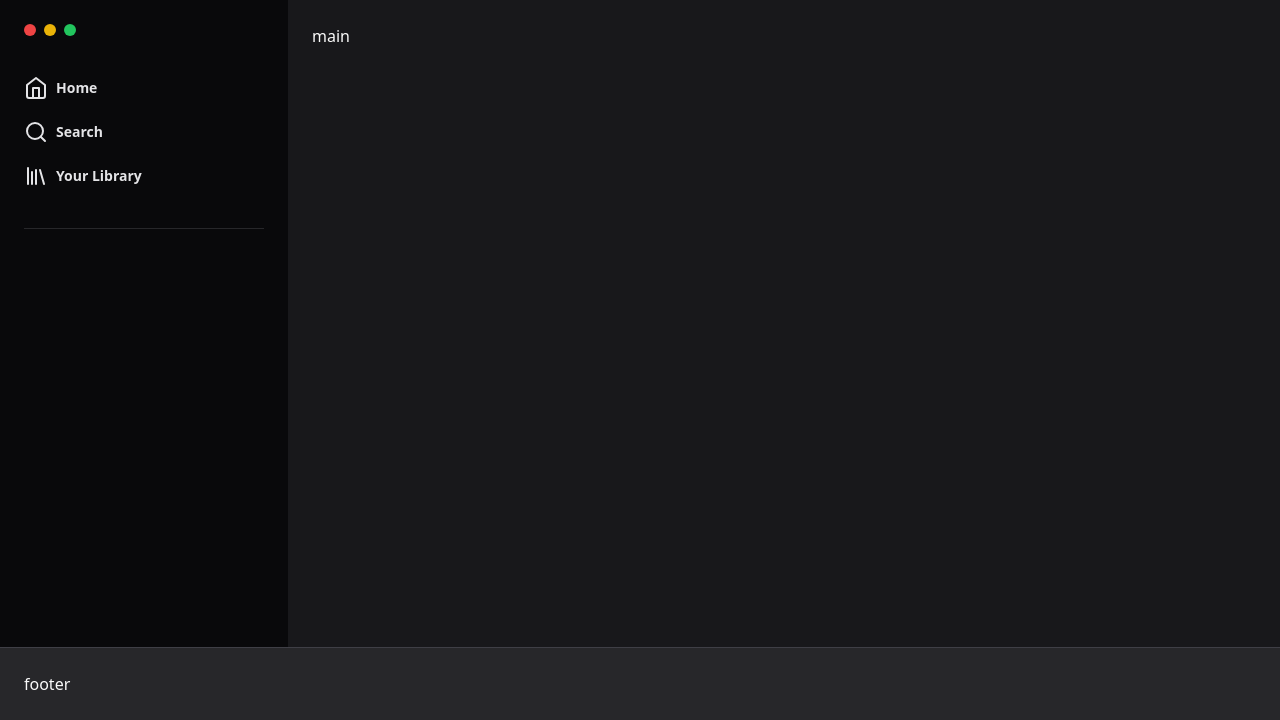
Repository: guilhermecardoso93/tailwind-spotify
Page: /
The author's editor kept a copy of each file at every save. The page is drawn from the files as they stood at one save, then again after the next save.
The browser window is 1280 px wide. The pictures show the whole page.
The project was rebuilt for these pictures with package versions that can differ from the ones it lists, and the page was loaded fresh each time. The framework's server and built-in components were replaced by stand-ins that run in the browser. Also part of the build but not shown: next.config.js.

Above is the page before, as saved 2023-04-15 20:05:58.

After the next save:
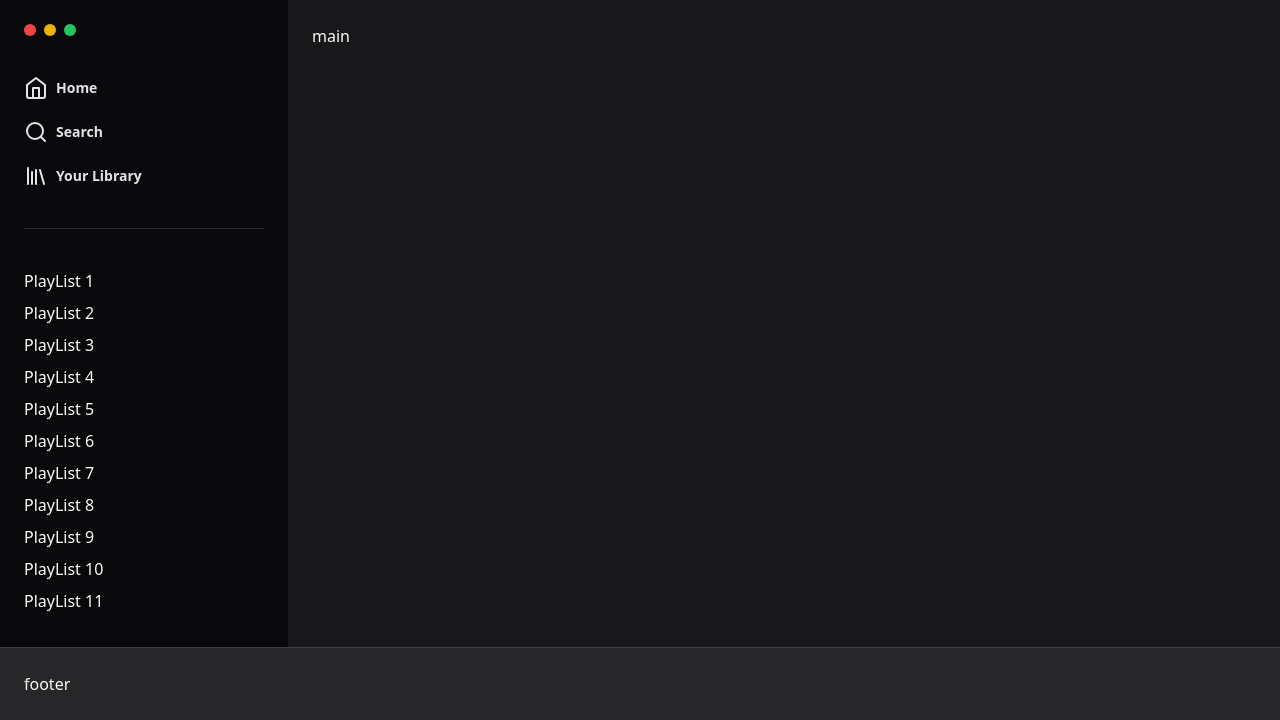
Saved 76 s later.
--- a/src/app/page.tsx
+++ b/src/app/page.tsx
@@ -10,21 +10,40 @@
             <div className="w-3 h-3 bg-green-500 rounded-full"></div>
           </div>
           <nav className="space-y-5 mt-10">
-            <a href="" className="flex items-center gap-2 text-sm font-semibold text-zinc-200">
+            <a
+              href=""
+              className="flex items-center gap-2 text-sm font-semibold text-zinc-200"
+            >
               <HomeIcon /> Home
             </a>
-            <a href="" className="flex items-center gap-2 text-sm font-semibold text-zinc-200">
+            <a
+              href=""
+              className="flex items-center gap-2 text-sm font-semibold text-zinc-200"
+            >
               {" "}
               <Search /> Search
             </a>
-            <a href="" className="flex items-center gap-2 text-sm font-semibold text-zinc-200">
+            <a
+              href=""
+              className="flex items-center gap-2 text-sm font-semibold text-zinc-200"
+            >
               {" "}
               <Library /> Your Library
             </a>
           </nav>
 
-          <nav className="mt-10 pt-10 border-t border-zinc-800">
-
+          <nav className="mt-10 pt-10 border-t border-zinc-800 flex flex-col gap-2">
+            <a href="">PlayList 1</a>
+            <a href="">PlayList 2</a>
+            <a href="">PlayList 3</a>
+            <a href="">PlayList 4</a>
+            <a href="">PlayList 5</a>
+            <a href="">PlayList 6</a>
+            <a href="">PlayList 7</a>
+            <a href="">PlayList 8</a>
+            <a href="">PlayList 9</a>
+            <a href="">PlayList 10</a>
+            <a href="">PlayList 11</a>
           </nav>
         </aside>
         <main className="flex-1 p-6">main</main>
